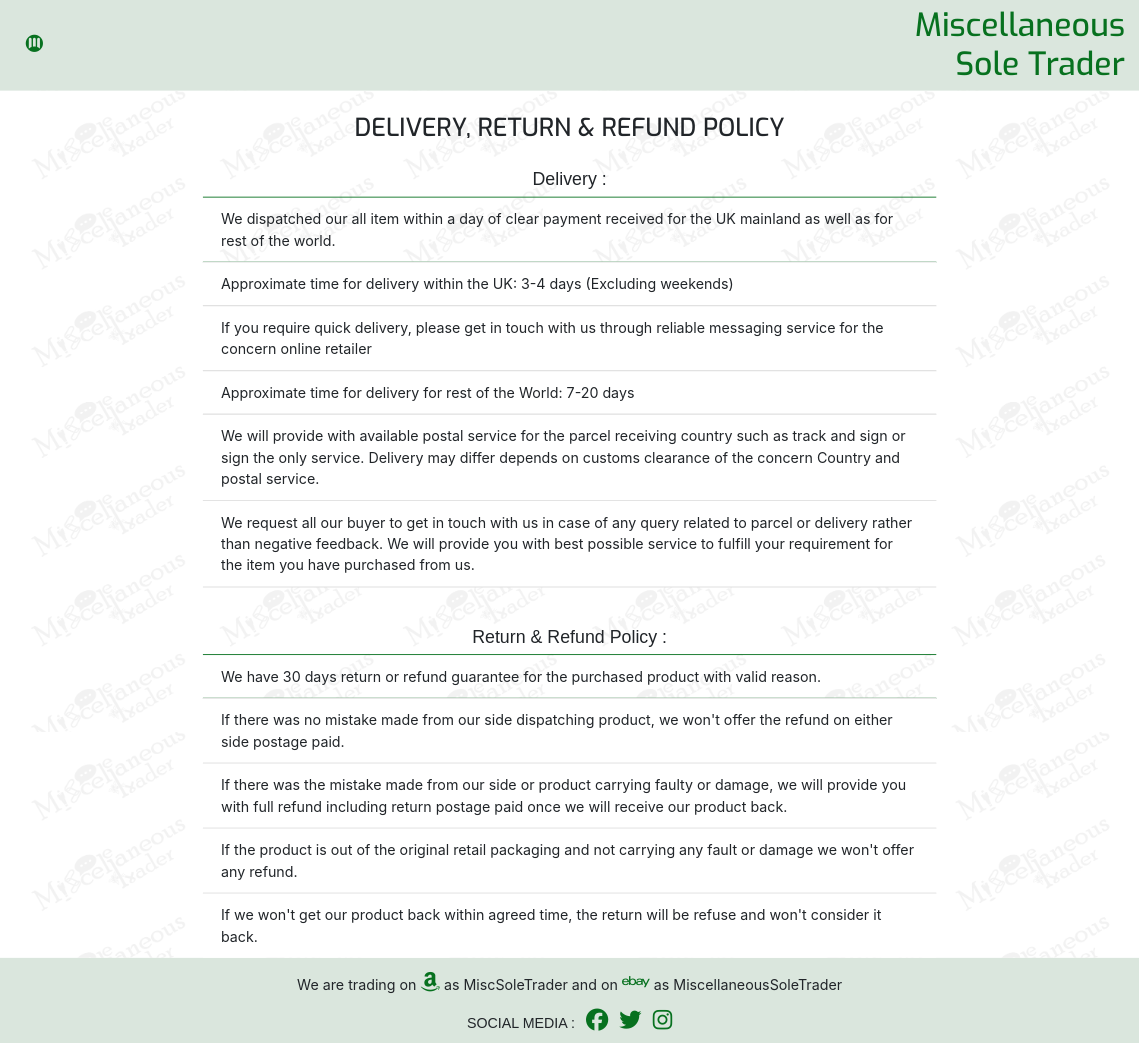
Repository: Code-Institute-Submissions/MilestoneProjectMST
Page: delretref.html
The author's editor kept a record of every edit. The page is drawn from the files as they stood at one moment, then again after the next edit.
The browser window is 1280 px wide. The pictures show the whole page, at 89% of full size.
Backgrounds fixed to the window are drawn as part of the page. Some web fonts or font styles are not loaded; a fallback is used. Some web libraries are served in a nearby version.

Above is the page before.
Console error: TypeError: Cannot read properties of undefined (reading 'fn')

### delretref.html
<!DOCTYPE html>
<html lang="en">

<head>
    <meta charset="UTF-8">
    <meta name="viewport" content="width=device-width, initial-scale=1.0">
    <meta http-equiv="X-UA-Compatible" content="ie=edge">
    <link rel="stylesheet" href="support/style.css" type="text/css" /> <!--link to style.css-->
    <!--Bootstrap linking for CSS-->
    <link rel="stylesheet" href="https://stackpath.bootstrapcdn.com/bootstrap/4.3.1/css/bootstrap.min.css" integrity="sha384-ggOyR0iXCbMQv3Xipma34MD+dH/1fQ784/j6cY/iJTQUOhcWr7x9JvoRxT2MZw1T" crossorigin="anonymous">
    <!--Bootstrap link for jQuery-->
    <script src="https://stackpath.bootstrapcdn.com/bootstrap/4.3.1/js/bootstrap.min.js" integrity="sha384-JjSmVgyd0p3pXB1rRibZUAYoIIy6OrQ6VrjIEaFf/nJGzIxFDsf4x0xIM+B07jRM" crossorigin="anonymous"></script>
    <!--Fontawesome link for FONTS-->
    <script src="https://kit.fontawesome.com/011e87d520.js"></script>
    <link rel="stylesheet" href="https://cdnjs.cloudflare.com/ajax/libs/hover.css/2.3.1/css/hover-min.css" type="text/css" />
    <title>MiscSoleTrader</title>
</head>

<body>

    <header class="header-background navalert-container">
        <div class="row no-gutters">

            <!--Header containing Company name-->
            <h1 class="hdr-title-color">Miscellaneous<br> Sole Trader</h1>
            <div>

                <!--Burger style navbar for minimal design-->
                <nav class="navbar navbar-light nav-background fixed-top">
                    <button class="navbar-header" type="button" data-toggle="collapse" data-target="#navbarSupportedContent" aria-controls="navbarSupportedContent" aria-expanded="false" aria-label="Toggle navigation">
                        <i class="fab fa-mizuni"></i>
                    </button>
                    <div class="collapse navbar-collapse" id="navbarSupportedContent">
                        <ul class="nav navbar-nav">
                            <li class="nav-item mr-2">
                                <a class="nav-header" href="index.html">Products</a>
                            </li>
                            <li class="nav-item mr-2">
                                <a class="nav-header" href="about.html">About Us</a>
                            </li>
                            <li class="nav-item mr-2">
                                <a class="nav-header" href="contact.html">Contact Us</a>
                            </li>
                            <li class="nav-item active mr-2">
                                <a class="nav-header" href="delretref.html">Delivery</a>
                            </li>
                        </ul>
                    </div>
                </nav>
            </div>
        </div>
    </header>

    <section class="main-background container-fluid" id="container">

        <!--Page Heading-->
        <div class="row" id="main">
            <div class="col delretref-heading text-center">
                <h3 class="uppercase">Delivery, Return & Refund Policy</h3>
            </div>
        </div>

        <!--Body typography for Delivery, Return & Refund Policy-->
        <div class="row no-gutter" id="main">
            <div class="col-xl-2">
            </div>

            <div class="col-xl-8 delretref-text">
                <h5 class="delretref-caption">Delivery : </h5>
                <ol class="list-group list-group-flush">
                    <li class="list-group-delivery">We dispatched our all item within a day of clear payment received for the UK mainland as well as for rest of the world.</li>
                    <li class="list-group-item">Approximate time for delivery within the UK: 3-4 days (Excluding weekends)</li>
                    <li class="list-group-item">If you require quick delivery, please get in touch with us through reliable messaging service for the concern online retailer</li>
                    <li class="list-group-item">Approximate time for delivery for rest of the World: 7-20 days</li>
                    <li class="list-group-item">We will provide with available postal service for the parcel receiving country such as track and sign or sign the only service. Delivery may differ depends on customs clearance of the concern Country and postal service.</li>
                    <li class="list-group-item">We request all our buyer to get in touch with us in case of any query related to parcel or delivery rather than negative feedback. We will provide you with best possible service to fulfill your requirement for the item you have purchased
                        from us.</li>
                <!--</ol>-->
                <br>
                <h5 class="delretref-caption">Return & Refund Policy : </h5>
                <!--<ol>-->
                <li class="list-group-delivery">We have 30 days return or refund guarantee for the purchased product with valid reason.</li>
                <li class="list-group-item">If there was no mistake made from our side dispatching product, we won't offer the refund on either side postage paid.</li>
                <li class="list-group-item">If there was the mistake made from our side or product carrying faulty or damage, we will provide you with full refund including return postage paid once we will receive our product back.</li>
                <li class="list-group-item">If the product is out of the original retail packaging and not carrying any fault or damage we won't offer any refund.</li>
                <li class="list-group-item">If we won't get our product back within agreed time, the return will be refuse and won't consider it back.</li>
                </ol>
            </div>

            <div class="col-xl-2">
            </div>
        </div>

    </section>

    <footer class="fixed-footer container-fluid footer-container">
        <div id="footer-details" class="row footer-text">
            <div class="col-sm col-md col-lg">

                <!--Company Information-->
                <p class="inline-block">
                    We are trading on <i class="fab fa-amazon"></i> as MiscSoleTrader and on <i class="fab fa-ebay"></i> as MiscellaneousSoleTrader
                </p>

                <!--Social Media links-->
                <ul class="list-inline social-links">
                    <h6 class="footer-caption uppercase general-sub list-inline-item">Social Media : </h6>
                    <li class="list-inline-item">
                        <a target="_blank" href="#" title="Miscellaneous Sole Trader">
                            <i class="fab fa-facebook" aria-hidden="true"></i>
                            <span class="sr-only">Facebook</span>
                        </a>
                    </li>
                    <li class="list-inline-item">
                        <a target="_blank" href="#">
                            <i class="fab fa-twitter" aria-hidden="true"></i>
                            <span class="sr-only">Twitter</span>
                        </a>
                    </li>
                    <li class="list-inline-item ">
                        <a target="_blank" href="#" title="misc_sole_trade">
                            <i class="fab fa-instagram" aria-hidden="true"></i>
                            <span class="sr-only ">Instagram</span>
                        </a>
                    </li>
                </ul>
            </div>
        </div>
    </footer>

    <script src="https://code.jquery.com/jquery-3.3.1.slim.min.js " integrity="sha384-q8i/X+965DzO0rT7abK41JStQIAqVgRVzpbzo5smXKp4YfRvH+8abtTE1Pi6jizo " crossorigin="anonymous "></script>
    <script src="https://cdnjs.cloudflare.com/ajax/libs/popper.js/1.14.7/umd/popper.min.js " integrity="sha384-UO2eT0CpHqdSJQ6hJty5KVphtPhzWj9WO1clHTMGa3JDZwrnQq4sF86dIHNDz0W1 " crossorigin="anonymous "></script>
    <script src="https://stackpath.bootstrapcdn.com/bootstrap/4.3.1/js/bootstrap.min.js " integrity="sha384-JjSmVgyd0p3pXB1rRibZUAYoIIy6OrQ6VrjIEaFf/nJGzIxFDsf4x0xIM+B07jRM " crossorigin="anonymous "></script>
</body>

</html>

### support/style.css
@import url('https://fonts.googleapis.com/css?family=Roboto:100,200,300,400,500,600,700|Exo:100,200,300,400,500,600,700|Abel:100,200,300,400,500,600,700|Crimson Text:100,200,300,400,500,600,700|Baloo:100,200,300,400,500,600,700');

/*--------------------------------------------------------------------------Header--*/

/*-------------------------------------------------Title--*/

.hdr-title-color {
    font-family: "Exo", sans-serif;
    font-size: 36px;
    color: #07711f;
    background-color: #dae6dd;
    text-align: right;
    width: 100%;
    min-height: 60px;
    margin: 0;
    padding: 8px 16px 8px 0;
    /*padding-right: 5px;*/
    /*padding-top: 5px;*/
    text-decoration: none;
}

.header-background {
    background-color: #dae6dd;
    /*padding: 5px 5px 5px 5px;*/
}

.form-inline {
    align-items: left;
}

/*-----------------------------------------------Nav Bar--*/

.nav-background {
    margin-top: 26px;
    /*min-height: 100px;*/
    position: fixed;
}

.nav-font-color a:hover {
    color: #e0960b;
}

.navbar i:hover {
    color: #e0960b;
}

.navbar i {
    color: #07711f;
}

.navbar {
    position: fixed;
    top: 10px;
    left: 10px;
    z-index: 1;
}

.navbar-header {
    padding: .25rem .75rem;
    font-size: 1.25rem;
    line-height: 1;
    background-color: transparent;
    border: 1px solid transparent;
    border-radius: .25rem;
}

.navbar-header:hover {
    padding: .25rem .75rem;
    font-size: 1.25rem;
    line-height: 1;
    background-color: #07711f;
    border: 1px solid #07711f;
    border-radius: .25rem;
}

.nav-header {
    display: block;
    padding-top: .5rem;
    padding-bottom: .5rem;
    color: #07711f;
}

.navbar-nav a:hover {
    color: #e0960b;
    text-decoration: none;
}

.active>.nav-header {
    color: #e0960b;
}

/*--------------------------------------------------------------------------Footer--*/

/*-----------------------------------Company Information--*/

.footer-text {
    text-align: center;
    background-color: #dae6dd;
    /*margin-top: 25px;*/
    padding-top: 15px;
}

.footer-text i {
    color: #07711f;
    font-size: 25px;
    /*margin-top: 15px;*/
    /*padding-top: 20px;*/
}

.list-inline {
    margin-bottom: 5px;
}

/*------------------------------------------Social Media--*/

.social-links i:hover {
    color: #e0960b;
}

.social-link {
    margin-bottom: 0;
}

.footer-caption {
    font-family: "Baloo", sans-serif;
}

/*---------------------Keep footer as bottom as possible--*/

/*html, body {*/

/*    height: 100%;*/

/*}*/

/*#container {*/

/*    min-height: 80%*/

/*}*/

/*#main {*/

/*    overflow: auto;*/

/*    padding-bottom: 90px*/

/*}*/

/*#footer {*/

/*    position: relative;*/

/*    height: 90px;*/

/*    margin-top: -90px;*/

/*    clear: both;*/

/*}*/

/*-------------------------------------------------------------------------Product--*/

/*------------------------------------------Font Styling--*/

.section-center {
    font-family: "Abel", sans-serif;
    text-align: center;
    padding-top: 25px;
}

/*-----------------------------------------Modal Styling--*/

.modal-body {
    font-family: "Abel", sans-serif;
    font-size: 15px;
}

.modal-body i {
    font-size: 30px;
}

.modal-header h5 {
    font-family: "Baloo", sans-serif;
    font-size: 20px;
}

.modal-body a {
    color: #07711f;
}

.modal-body a:hover {
    color: #e0960b;
}

.modal-body span {
    text-decoration: underline;

}

/*----------------------------------Click to Buy Styling--*/

.click-buy {
    font-family: "Exo", sans-serif;
    color: #07711f;
    font-size: 20px;
    text-transform: none;
}

/*----------------------------------------Product Button--*/

.img-product {
    padding: .25rem;
    background-color: #fff;
    border: .5px solid #07711f;
    border-radius: .75rem;
    max-width: 100%;
    height: auto;
}

/*-------------------------------------------------------------------------Contact--*/

/*----------------------------------Contact Form Styling--*/

.contact-heading {
    font-family: "Exo", sans-serif;
    font-weight: 300;
    margin-top: 25px;
}

.contact-caption {
    font-family: "Baloo", sans-serif;
    /*font-weight: 300;*/
}

/*------------------------------------------Form Styling--*/

.center-form {
    padding-top: 10px;
    margin: 0 auto;
    max-width: 70%;
}

.form-control {
    margin-bottom: 10px;
}

.form-row {
    margin-bottom: 25px;
}

.form-contact {
    display: block;
    width: 100%;
    height: calc(1.5em + .75rem + 2px);
    padding: .375rem .75rem;
    font-size: 1rem;
    font-weight: 400;
    line-height: 1.5;
    color: #dae6dd;
    background-color: transparent;
    background-clip: padding-box;
    border: 1px solid #07711f;
    border-radius: .25rem;
    transition: border-color .15s ease-in-out,box-shadow .15s ease-in-out;
    margin-bottom: 10px;
}

textarea.form-contact {
    height: auto;
}

/*----------------------------------------Button Styling--*/

.btn-contact:hover {
    background-color: #07711f;
    color: #e0960b;
    text-decoration: bold;
    font-weight: 400;
}

.btn-contact {
    display: inline-block;
    font-family: "Baloo", sans-serif;
    font-weight: 400;
    color: #07711f;
    text-align: center;
    vertical-align: middle;
    -webkit-user-select: none;
    -moz-user-select: none;
    -ms-user-select: none;
    user-select: none;
    background-color: transparent;
    border: 1px solid #07711f;
    padding: .375rem .75rem;
    font-size: 1rem;
    line-height: 1.5;
    border-radius: .25rem;
    transition: color .15s ease-in-out,background-color .15s ease-in-out,border-color .15s ease-in-out,box-shadow .15s ease-in-out;
}

/*---------------------------------------------------------------------------About--*/

.about-heading {
    font-family: "Exo", sans-serif;
    font-weight: 300;
    margin-top: 25px;
}

.about-caption {
    font-family: "Baloo", sans-serif;
    margin-top: 20px;
    /*font-weight: 300;*/
}

/*-------------------------------------------------------Delivery, Return & Refund--*/

.delretref-heading {
    font-family: "Exo", sans-serif;
    font-weight: 100;
    margin-top: 25px;
    margin-bottom: 0;
    padding-bottom: 0;
}

.delretref-caption {
    font-family: "Baloo", sans-serif;
    margin-top: 20px;
    text-align: center;
    /*font-weight: 300;*/
}

.list-group-delivery {
    position: relative;
    display: block;
    padding: .75rem 1.25rem;
    margin-bottom: -1px;
    background-color: transparent;
    border: 1px solid #07711f;
    border-right: 0;
    border-left: 0;
    border-radius: 0;
}

.list-group-delivery-last {
    position: relative;
    display: block;
    padding: .75rem 1.25rem;
    margin-bottom: -1px;
    background-color: transparent;
    border: 1px solid #07711f;
    border-right: 0;
    border-left: 0;
    border-bottom: 0;
    border-radius: 0;
}

/*-------------------------------------------------------------------------General--*/

.uppercase {
    text-transform: uppercase;
}

/*--------------------------------------------Background--*/

.main-background {
    /*height: 100vh;*/

    background: url(../images/MST_Background_BW.jpg) no-repeat center center fixed;
    -webkit-background-size: cover;
    -moz-background-size: cover;
    -o-background-size: cover;
    background-size: cover;

    /*display: flex;*/
    align-items: center;
    justify-content: center;

    position: relative;
}

/*---------------------------------------------------------------------Media Query--*/

@media (max-width: 920px) {
    .center-form {
        padding-top: 10px;
        margin: 0 auto;
        max-width: 90%;
    }
}

After the next edit:
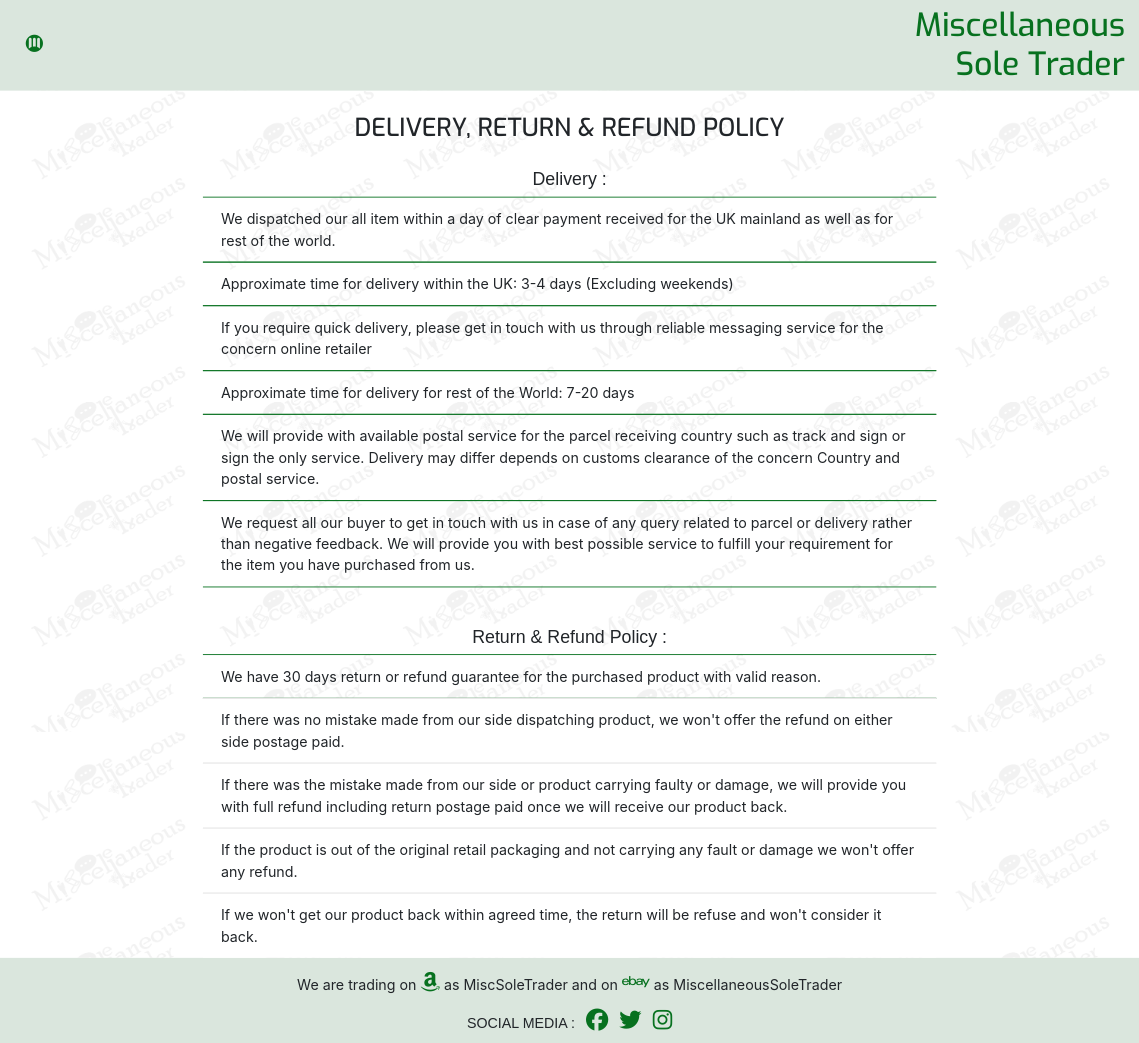
The edit:
--- a/delretref.html
+++ b/delretref.html
@@ -69,11 +69,11 @@
                 <h5 class="delretref-caption">Delivery : </h5>
                 <ol class="list-group list-group-flush">
                     <li class="list-group-delivery">We dispatched our all item within a day of clear payment received for the UK mainland as well as for rest of the world.</li>
-                    <li class="list-group-item">Approximate time for delivery within the UK: 3-4 days (Excluding weekends)</li>
-                    <li class="list-group-item">If you require quick delivery, please get in touch with us through reliable messaging service for the concern online retailer</li>
-                    <li class="list-group-item">Approximate time for delivery for rest of the World: 7-20 days</li>
-                    <li class="list-group-item">We will provide with available postal service for the parcel receiving country such as track and sign or sign the only service. Delivery may differ depends on customs clearance of the concern Country and postal service.</li>
-                    <li class="list-group-item">We request all our buyer to get in touch with us in case of any query related to parcel or delivery rather than negative feedback. We will provide you with best possible service to fulfill your requirement for the item you have purchased
+                    <li class="list-group-delivery">Approximate time for delivery within the UK: 3-4 days (Excluding weekends)</li>
+                    <li class="list-group-delivery">If you require quick delivery, please get in touch with us through reliable messaging service for the concern online retailer</li>
+                    <li class="list-group-delivery">Approximate time for delivery for rest of the World: 7-20 days</li>
+                    <li class="list-group-delivery">We will provide with available postal service for the parcel receiving country such as track and sign or sign the only service. Delivery may differ depends on customs clearance of the concern Country and postal service.</li>
+                    <li class="list-group-delivery">We request all our buyer to get in touch with us in case of any query related to parcel or delivery rather than negative feedback. We will provide you with best possible service to fulfill your requirement for the item you have purchased
                         from us.</li>
                 <!--</ol>-->
                 <br>
